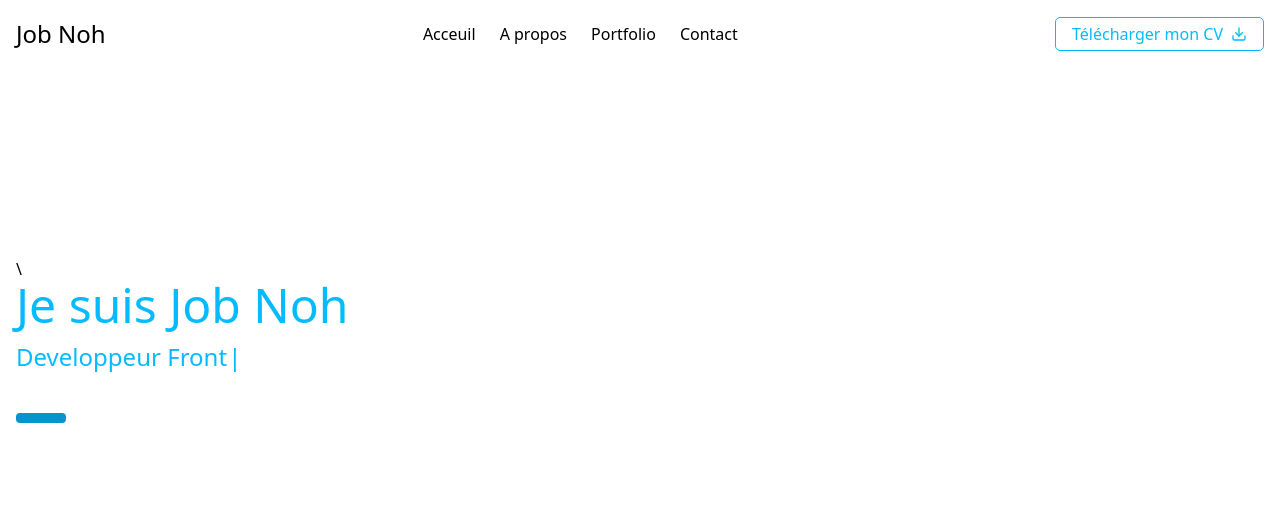
Repository: anoy1010/Nextportfolio
Page: /
The author's editor kept a copy of each file at every save. The page is drawn from the files as they stood at one save, then again after the next save.
The browser window is 1280 px wide. The pictures show the whole page.
The project was rebuilt for these pictures with package versions that can differ from the ones it lists, and the page was loaded fresh each time. The framework's server and built-in components were replaced by stand-ins that run in the browser. Also part of the build but not shown: next.config.js, styles/Home.module.css.

Above is the page before, as saved 2023-03-06 16:32:48.

After the next save:
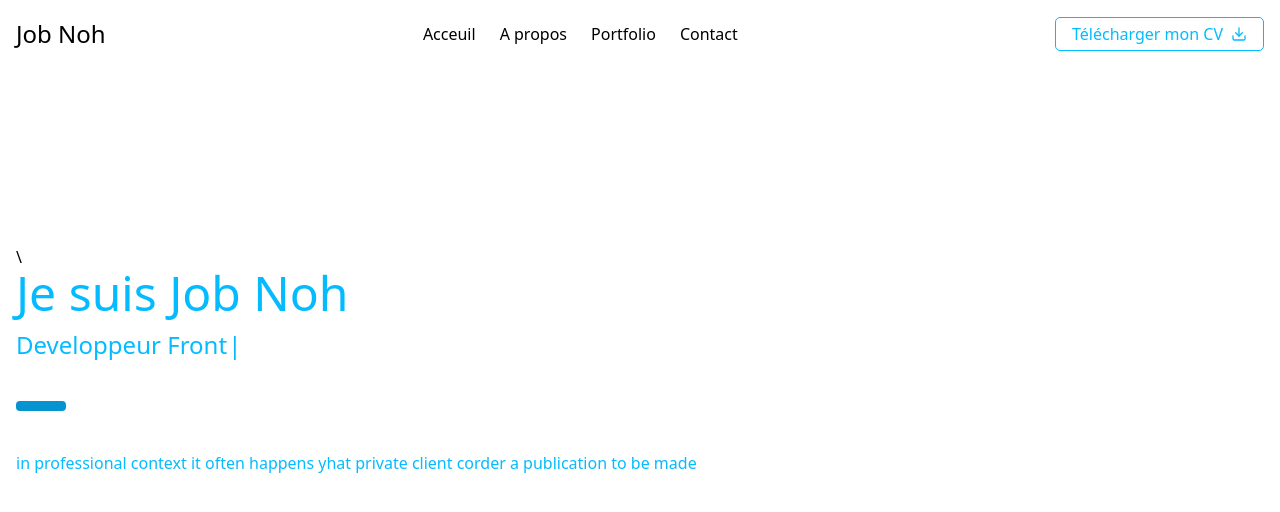
Saved 4 min 55 s later.
--- a/components/Hero.js
+++ b/components/Hero.js
@@ -36,7 +36,8 @@ const Hero = () => {
 
                 <div>
                     <p>
-
+                    in professional context it often happens yhat private client
+corder a publication to be made
                     </p>
                 </div>
 
